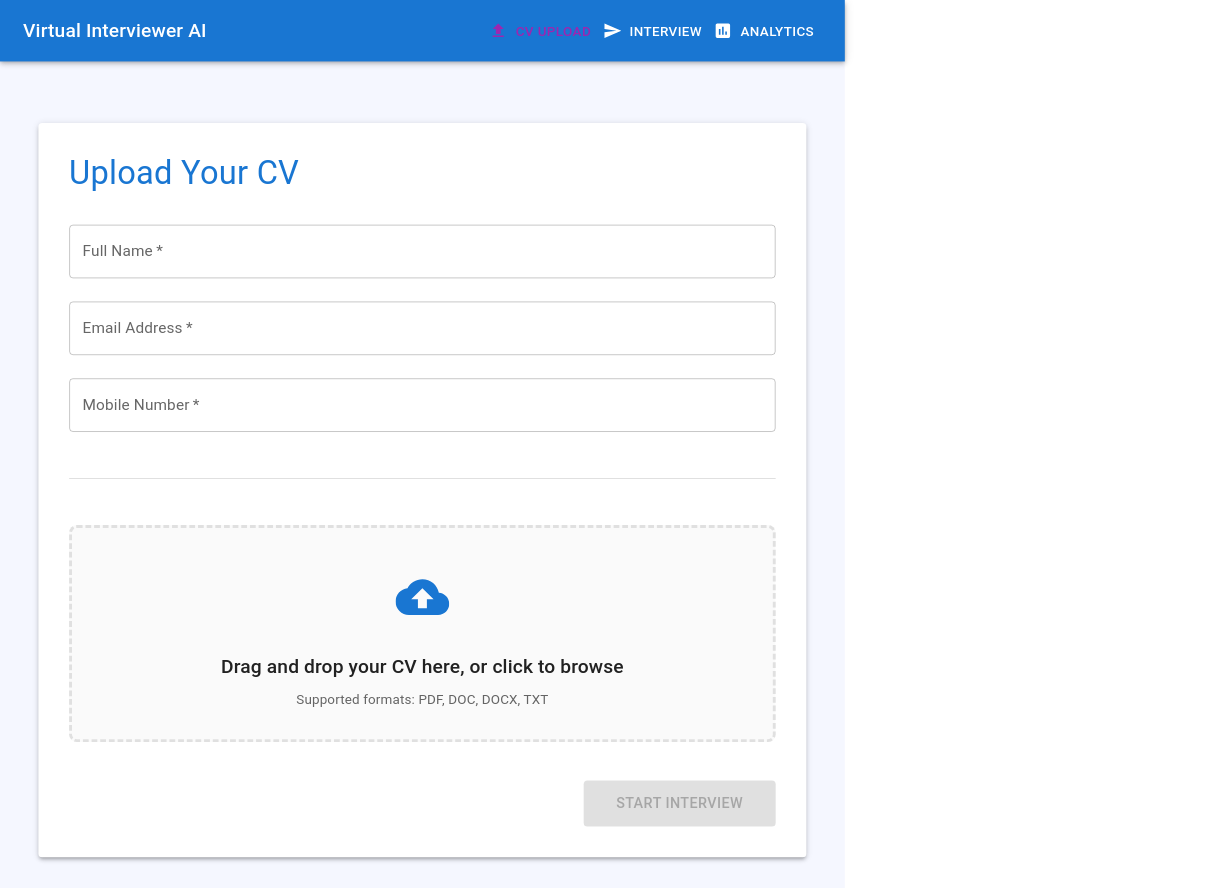
Repository: akshaymehare00/hackathonConAi
Page: /
An editor plug-in stored every save of this project. The page is shown before and after the next save, followed by the edit.
The browser window is 1280 px wide. The pictures show the whole page, at 96% of full size.
The project was rebuilt for these pictures with package versions that can differ from the ones it lists, and the page was loaded fresh each time. Also part of the build but not shown: vite.config.js, src/Components/Interview.jsx.

Above is the page before, as saved 2025-01-18 06:18:39.

### index.html
<!doctype html>
<html lang="en">
  <head>
    <meta charset="UTF-8" />
    <link rel="icon" type="image/svg+xml" href="/horizon.png" />
    <meta name="viewport" content="width=device-width, initial-scale=1.0" />
    <title>Conversational Ai</title>
  </head>
  <body>
    <div id="root"></div>
    <script type="module" src="/src/main.jsx"></script>
  </body>
</html>

### src/App.jsx
import { useState } from 'react';
import { AppBar, Toolbar, Typography, Button, Container, Box } from '@mui/material';
import { Upload, Send, Assessment } from '@mui/icons-material';
import Interview from './Components/Interview';
import Analytics from './Components/Analytics';
import EnhancedCVUpload from './Components/CVUpload';

function App() {
  const [step, setStep] = useState('upload');
  const [cvData, setCvData] = useState('');

  return (
    <Box sx={{ minHeight: '100vh', bgcolor: '#f5f7ff' }}>
      <AppBar position="static">
        <Toolbar>
          <Typography variant="h6" component="div" sx={{ flexGrow: 1 }}>
            Virtual Interviewer AI
          </Typography>
          <Button
            color={step === 'upload' ? 'secondary' : 'inherit'}
            startIcon={<Upload />}
            onClick={() => setStep('upload')}
          >
            CV Upload
          </Button>
          <Button
            color={step === 'interview' ? 'secondary' : 'inherit'}
            startIcon={<Send />}
            onClick={() => setStep('interview')}
          >
            Interview
          </Button>
          <Button
            color={step === 'analytics' ? 'secondary' : 'inherit'}
            startIcon={<Assessment />}
            onClick={() => setStep('analytics')}
          >
            Analytics
          </Button>
        </Toolbar>
      </AppBar>

      <Container sx={{ py: 4 }}>
        {step === 'upload' && <EnhancedCVUpload onUpload={setCvData} onComplete={() => setStep('interview')} />}
        {step === 'interview' && <Interview cvData={cvData} onComplete={() => setStep('analytics')} />}
        {step === 'analytics' && <Analytics />}
      </Container>
    </Box>
  );
}

export default App;

### src/Components/Analytics.jsx
import {
    Paper,
    Typography,
    Box,
    Grid,
    LinearProgress,
    List,
    ListItem,
    ListItemIcon,
    ListItemText,
    Card,
    CardContent,
    Avatar,
    Divider,
    Rating,
    Chip
  } from '@mui/material';
  import {
    BarChart as BarChartIcon,
    TrendingUp,
    ThumbUp,
    Person,
    Email,
    Phone,
    Description,
    Star,
    Psychology,
    GroupWork,
    Code,
    Speed,
    Lightbulb
  } from '@mui/icons-material';
  import {
    BarChart,
    Bar,
    XAxis,
    YAxis,
    CartesianGrid,
    Tooltip,
    ResponsiveContainer,
    RadarChart,
    PolarGrid,
    PolarAngleAxis,
    PolarRadiusAxis,
    Radar,
    Legend
  } from 'recharts';

  const performanceData = [
    { name: 'Technical', value: 85 },
    { name: 'Communication', value: 92 },
    { name: 'Problem Solving', value: 78 },
    { name: 'Leadership', value: 65 },
    { name: 'Teamwork', value: 88 }
  ];

  const skillsData = [
    { subject: 'React', A: 85 },
    { subject: 'Node.js', A: 75 },
    { subject: 'TypeScript', A: 90 },
    { subject: 'Database', A: 70 },
    { subject: 'Testing', A: 80 },
    { subject: 'DevOps', A: 65 }
  ];

  const strengths = [
    {
      title: 'Technical Expertise',
      description: 'Strong foundation in modern web technologies',
      icon: <Code color="primary" />
    },
    {
      title: 'Problem Solving',
      description: 'Analytical approach to complex challenges',
      icon: <Psychology color="primary" />
    },
    {
      title: 'Team Collaboration',
      description: 'Effective communication and teamwork',
      icon: <GroupWork color="primary" />
    }
  ];

  const recommendations = [
    {
      title: 'Enhance DevOps Knowledge',
      description: 'Focus on CI/CD pipelines and cloud platforms',
      icon: <Speed color="primary" />
    },
    {
      title: 'System Design Skills',
      description: 'Practice designing scalable architectures',
      icon: <Lightbulb color="primary" />
    }
  ];

  function Analytics({ candidateData }) {
    return (
      <Box sx={{ maxWidth: 1400, mx: 'auto' }}>
        <Box sx={{ mb: 4, textAlign: 'center' }}>
          <Typography
            variant="h4"
            sx={{
              fontWeight: 600,
              mb: 1
            }}
          >
            Interview Analysis
          </Typography>
          <Typography variant="body1" color="text.secondary">
            Comprehensive evaluation of candidate performance and potential
          </Typography>
        </Box>

        <Grid container spacing={3}>
          {/* Candidate Profile */}
          <Grid item xs={12} md={4}>
            <Card elevation={3}>
              <CardContent sx={{ p: 3 }}>
                <Box sx={{ textAlign: 'center', mb: 3 }}>
                  <Avatar
                    sx={{
                      width: 100,
                      height: 100,
                      mx: 'auto',
                      mb: 2,
                      bgcolor: 'primary.main'
                    }}
                  >
                    <Person sx={{ fontSize: 60 }} />
                  </Avatar>
                  <Typography variant="h5" sx={{ fontWeight: 600 }}>
                    {candidateData.fullName || 'John Doe'}
                  </Typography>
                  <Typography variant="body1" color="text.secondary" sx={{ mb: 2 }}>
                    Senior Software Developer
                  </Typography>
                  <Rating
                    value={4.5}
                    readOnly
                    precision={0.5}
                    icon={<Star fontSize="inherit" />}
                  />
                </Box>

                <Divider sx={{ my: 2 }} />

                <List>
                  <ListItem>
                    <ListItemIcon>
                      <Email color="primary" />
                    </ListItemIcon>
                    <ListItemText
                      primary="Email"
                      secondary={candidateData.email || 'john.doe@example.com'}
                    />
                  </ListItem>
                  <ListItem>
                    <ListItemIcon>
                      <Phone color="primary" />
                    </ListItemIcon>
                    <ListItemText
                      primary="Phone"
                      secondary={candidateData.phone || '+1 234 567 890'}
                    />
                  </ListItem>
                  <ListItem>
                    <ListItemIcon>
                      <Description color="primary" />
                    </ListItemIcon>
                    <ListItemText
                      primary="Experience"
                      secondary="5+ years"
                    />
                  </ListItem>
                </List>

                <Box sx={{ mt: 2 }}>
                  <Typography variant="subtitle1" sx={{ mb: 1, fontWeight: 500 }}>
                    Key Skills
                  </Typography>
                  <Box sx={{ display: 'flex', flexWrap: 'wrap', gap: 1 }}>
                    {['React', 'Node.js', 'TypeScript', 'AWS', 'Docker'].map((skill) => (
                      <Chip
                        key={skill}
                        label={skill}
                        color="primary"
                        variant="outlined"
                        size="small"
                      />
                    ))}
                  </Box>
                </Box>
              </CardContent>
            </Card>
          </Grid>

          {/* Performance Metrics */}
          <Grid item xs={12} md={8}>
            <Card elevation={3}>
              <CardContent sx={{ p: 3 }}>
                <Typography variant="h6" sx={{ mb: 3, fontWeight: 600 }}>
                  Performance Overview
                </Typography>
                <Box sx={{ height: 300, mb: 4 }}>
                  <ResponsiveContainer width="100%" height="100%">
                    <BarChart data={performanceData}>
                      <CartesianGrid strokeDasharray="3 3" />
                      <XAxis dataKey="name" />
                      <YAxis />
                      <Tooltip />
                      <Bar dataKey="value" fill="#1976d2" radius={[4, 4, 0, 0]} />
                    </BarChart>
                  </ResponsiveContainer>
                </Box>

                <Typography variant="h6" sx={{ mb: 3, fontWeight: 600 }}>
                  Technical Skills Assessment
                </Typography>
                <Box sx={{ height: 300 }}>
                  <ResponsiveContainer width="100%" height="100%">
                    <RadarChart data={skillsData}>
                      <PolarGrid />
                      <PolarAngleAxis dataKey="subject" />
                      <PolarRadiusAxis angle={30} domain={[0, 100]} />
                      <Radar name="Skills" dataKey="A" stroke="#1976d2" fill="#1976d2" fillOpacity={0.6} />
                      <Legend />
                    </RadarChart>
                  </ResponsiveContainer>
                </Box>
              </CardContent>
            </Card>
          </Grid>

          {/* Strengths */}
          <Grid item xs={12} md={6}>
            <Card elevation={3}>
              <CardContent sx={{ p: 3 }}>
                <Typography variant="h6" sx={{ mb: 3, fontWeight: 600 }}>
                  Key Strengths
                </Typography>
                <Grid container spacing={2}>
                  {strengths.map((strength, index) => (
                    <Grid item xs={12} key={index}>
                      <Paper
                        elevation={0}
                        sx={{
                          p: 2,
                          bgcolor: 'primary.50',
                          display: 'flex',
                          alignItems: 'flex-start',
                          gap: 2
                        }}
                      >
                        {strength.icon}
                        <Box>
                          <Typography variant="subtitle1" sx={{ fontWeight: 500 }}>
                            {strength.title}
                          </Typography>
                          <Typography variant="body2" color="text.secondary">
                            {strength.description}
                          </Typography>
                        </Box>
                      </Paper>
                    </Grid>
                  ))}
                </Grid>
              </CardContent>
            </Card>
          </Grid>

          {/* Recommendations */}
          <Grid item xs={12} md={6}>
            <Card elevation={3}>
              <CardContent sx={{ p: 3 }}>
                <Typography variant="h6" sx={{ mb: 3, fontWeight: 600 }}>
                  Recommendations
                </Typography>
                <Grid container spacing={2}>
                  {recommendations.map((rec, index) => (
                    <Grid item xs={12} key={index}>
                      <Paper
                        elevation={0}
                        sx={{
                          p: 2,
                          bgcolor: 'error.50',
                          display: 'flex',
                          alignItems: 'flex-start',
                          gap: 2
                        }}
                      >
                        {rec.icon}
                        <Box>
                          <Typography variant="subtitle1" sx={{ fontWeight: 500 }}>
                            {rec.title}
                          </Typography>
                          <Typography variant="body2" color="text.secondary">
                            {rec.description}
                          </Typography>
                        </Box>
                      </Paper>
                    </Grid>
                  ))}
                </Grid>
              </CardContent>
            </Card>
          </Grid>

          {/* Detailed Assessment */}
          <Grid item xs={12}>
            <Card elevation={3}>
              <CardContent sx={{ p: 3 }}>
                <Typography variant="h6" sx={{ mb: 3, fontWeight: 600 }}>
                  Detailed Assessment
                </Typography>
                <Typography paragraph>
                  The candidate demonstrated exceptional technical proficiency, particularly in modern web development technologies.
                  Their problem-solving approach was methodical and efficient, showing strong analytical capabilities.
                </Typography>
                <Typography paragraph>
                  Communication skills were outstanding, with clear articulation of complex technical concepts and past experiences.
                  The candidate showed good understanding of system design principles and best practices.
                </Typography>
                <Box sx={{ mt: 3 }}>
                  <Typography variant="subtitle1" sx={{ fontWeight: 600, mb: 2 }}>
                    Interview Highlights
                  </Typography>
                  <List>
                    <ListItem>
                      <ListItemIcon>
                        <ThumbUp color="success" />
                      </ListItemIcon>
                      <ListItemText
                        primary="Strong technical background in full-stack development"
                        secondary="Demonstrated through detailed discussion of previous projects"
                      />
                    </ListItem>
                    <ListItem>
                      <ListItemIcon>
                        <ThumbUp color="success" />
                      </ListItemIcon>
                      <ListItemText
                        primary="Excellent problem-solving capabilities"
                        secondary="Showcased through technical challenge solutions"
                      />
                    </ListItem>
                    <ListItem>
                      <ListItemIcon>
                        <ThumbUp color="success" />
                      </ListItemIcon>
                      <ListItemText
                        primary="Good understanding of software architecture"
                        secondary="Demonstrated knowledge of scalable system design"
                      />
                    </ListItem>
                  </List>
                </Box>
              </CardContent>
            </Card>
          </Grid>
        </Grid>
      </Box>
    );
  }

  export default Analytics;

### src/Components/CVUpload.jsx
import React, { useState } from 'react';
import {
  Paper,
  Typography,
  Box,
  Button,
  IconButton,
  TextField,
  Stack,
  Divider,
  Alert,
  Grid
} from '@mui/material';
import { CloudUpload, Description } from '@mui/icons-material';

function EnhancedCVUpload({ onUpload, onComplete }) {
  const [isDragging, setIsDragging] = useState(false);
  const [file, setFile] = useState(null);
  const [formData, setFormData] = useState({
    fullName: '',
    email: '',
    mobile: '',
    jd:''
  });
  const [showSuccess, setShowSuccess] = useState(false);

  const handleDrop = (e) => {
    e.preventDefault();
    setIsDragging(false);
    const droppedFile = e.dataTransfer.files[0];
    if (droppedFile) {
      handleFile(droppedFile);
    }
  };

  const handleFile = async (file) => {
    setFile(file);
    // Read file content and pass it to parent component
    const text = await file.text();
    onUpload(text);
  };

  const handleInputChange = (e) => {
    setFormData({
      ...formData,
      [e.target.name]: e.target.value
    });
  };

  const handleSubmit = () => {
    // Log form data and file information
    console.log('Form Data:', {
      ...formData,
      fileName: file?.name,
      fileSize: file?.size,
      fileType: file?.type
    });

    setShowSuccess(true);

    // Use timeout to show success message before navigation
    setTimeout(() => {
      onComplete();
    }, 1500);
  };

  return (
    <Box sx={{ maxWidth: 800, mx: 'auto', mt: 4, px: 2 }}>
      <Paper elevation={3} sx={{ p: 4 }}>
        <Typography variant="h4" gutterBottom color="primary" sx={{ mb: 4 }}>
          Upload Your CV
        </Typography>

        <Grid container spacing={3}>
          <Grid item xs={12}>
            <Stack spacing={3}>
              <TextField
                fullWidth
                label="Full Name"
                name="fullName"
                value={formData.fullName}
                onChange={handleInputChange}
                variant="outlined"
                required
              />
              <TextField
                fullWidth
                label="Email Address"
                name="email"
                type="email"
                value={formData.email}
                onChange={handleInputChange}
                variant="outlined"
                required
              />
              <TextField
                fullWidth
                label="Mobile Number"
                name="mobile"
                value={formData.mobile}
                onChange={handleInputChange}
                variant="outlined"
                required
              />
            </Stack>
          </Grid>

          <Grid item xs={12}>
            <Divider sx={{ my: 3 }} />
          </Grid>

          <Grid item xs={12}>
            <Box
              sx={{
                border: 3,
                borderRadius: 2,
                borderStyle: 'dashed',
                borderColor: isDragging ? 'primary.main' : 'grey.300',
                bgcolor: isDragging ? 'primary.50' : 'grey.50',
                p: 4,
                textAlign: 'center',
                transition: 'all 0.2s ease',
                cursor: 'pointer'
              }}
              onDragOver={(e) => {
                e.preventDefault();
                setIsDragging(true);
              }}
              onDragLeave={() => setIsDragging(false)}
              onDrop={handleDrop}
            >
              <IconButton
                size="large"
                color="primary"
                component="label"
                sx={{ mb: 2 }}
              >
                <input
                  hidden
                  type="file"
                  accept=".pdf,.doc,.docx,.txt"
                  onChange={(e) => {
                    const file = e.target.files?.[0];
                    if (file) handleFile(file);
                  }}
                />
                <CloudUpload sx={{ fontSize: 56 }} />
              </IconButton>
              <Typography variant="h6" sx={{ mb: 1 }}>
                Drag and drop your CV here, or click to browse
              </Typography>
              <Typography variant="body2" color="text.secondary">
                Supported formats: PDF, DOC, DOCX, TXT
              </Typography>
            </Box>
          </Grid>

          {file && (
            <Grid item xs={12}>
              <Paper
                variant="outlined"
                sx={{
                  p: 2,
                  bgcolor: 'primary.50',
                  display: 'flex',
                  alignItems: 'center',
                  gap: 2
                }}
              >
                <Description color="primary" />
                <Typography sx={{ flex: 1 }}>{file.name}</Typography>
              </Paper>
            </Grid>
          )}

          <Grid item xs={12}>
            <Box sx={{ display: 'flex', justifyContent: 'flex-end', mt: 2 }}>
              <Button
                variant="contained"
                size="large"
                onClick={handleSubmit}
                disabled={!file || !formData.fullName || !formData.email || !formData.mobile}
                sx={{
                  minWidth: 200,
                  height: 48
                }}
              >
                Start Interview
              </Button>
            </Box>
          </Grid>
        </Grid>

        {showSuccess && (
          <Alert
            severity="success"
            sx={{ mt: 2 }}
          >
            CV uploaded successfully! Starting interview...
          </Alert>
        )}
      </Paper>
    </Box>
  );
}

export default EnhancedCVUpload;

Loaded but not shown: src/main.jsx (common file); src/index.css (common file)

After the next save:
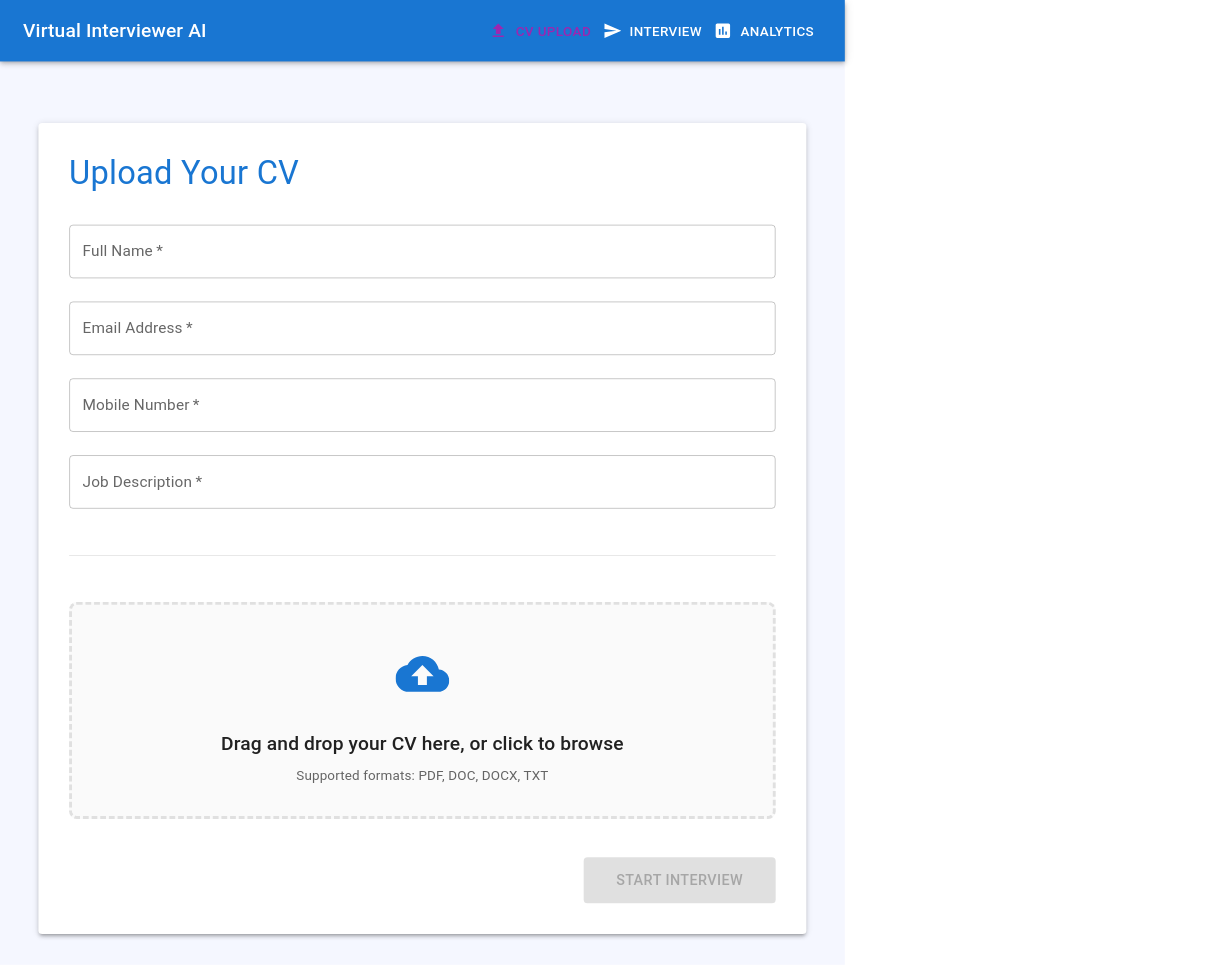
Saved 2 min 23 s later.
--- a/src/Components/CVUpload.jsx
+++ b/src/Components/CVUpload.jsx
@@ -98,6 +98,15 @@ function EnhancedCVUpload({ onUpload, onComplete }) {
                 label="Mobile Number"
                 name="mobile"
                 value={formData.mobile}
+                onChange={handleInputChange}
+                variant="outlined"
+                required
+              />
+              <TextField
+                fullWidth
+                label="Job Description"
+                name="jd"
+                value={formData.jd}
                 onChange={handleInputChange}
                 variant="outlined"
                 required
